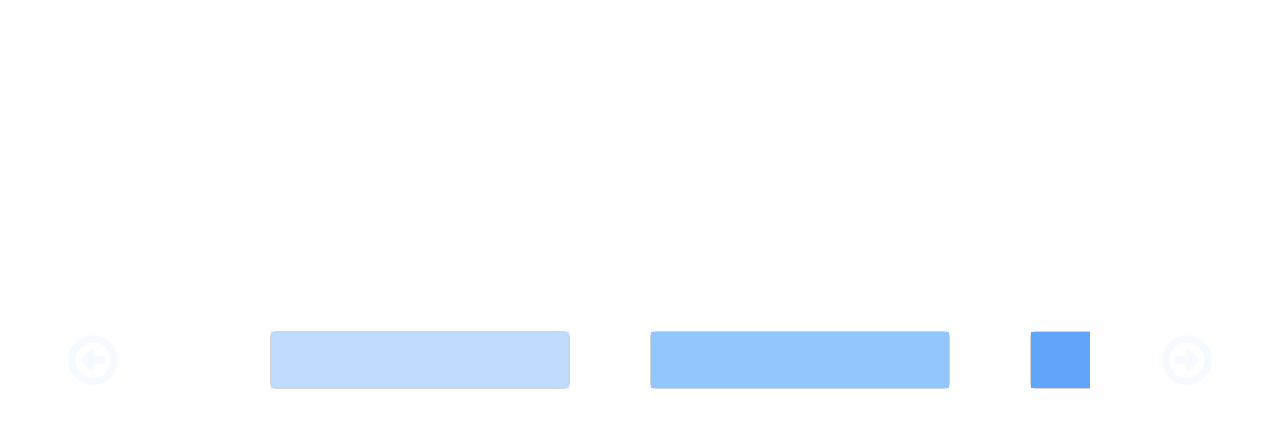
Repository: go23rishu/BagsWebsite
Page: bucketbagcarousel.html
An editor plug-in stored every save of this project. The page is shown before and after the next save, followed by the edit.
The browser window is 1280 px wide. The page is 1284 px wide, so the pictures cover 1284 px, including what lies to the right of the window. The pictures show the whole page.
Some web fonts or font styles are not loaded; a fallback is used. Some web libraries are served in a nearby version.

Above is the page before, as saved 2023-06-21 14:19:09.

### bucketbagcarousel.html
<!DOCTYPE html>
<html lang="en">

<head>
  <meta charset="UTF-8">
  <title>CodePen - Simple vanilla js carousel</title>
  <script src="https://cdn.tailwindcss.com"></script>
  <link rel="stylesheet" href="./bucketbagcarousel.css">
  <link rel="stylesheet" href="https://cdn.jsdelivr.net/npm/@fortawesome/fontawesome-free@6.2.1/css/fontawesome.min.css"
    integrity="sha384-QYIZto+st3yW+o8+5OHfT6S482Zsvz2WfOzpFSXMF9zqeLcFV0/wlZpMtyFcZALm" crossorigin="anonymous">
  <!-- Latest compiled and minified CSS -->
  <link href="https://cdn.jsdelivr.net/npm/bootstrap@5.2.3/dist/css/bootstrap.min.css" rel="stylesheet">
  <!-- Latest compiled JavaScript -->
  <script src="https://cdn.jsdelivr.net/npm/bootstrap@5.2.3/dist/js/bootstrap.bundle.min.js"></script>
  <link rel="stylesheet" href="https://cdnjs.cloudflare.com/ajax/libs/font-awesome/4.7.0/css/font-awesome.min.css">
  <link rel="preconnect" href="https://fonts.googleapis.com">
  <link rel="preconnect" href="https://fonts.gstatic.com" crossorigin>
  <link
    href="https://fonts.googleapis.com/css2?family=Italiana&family=Kumbh+Sans:wght@200;300;400;500;600;700;800;900&display=swap"
    rel="stylesheet">
  <link href="https://fonts.googleapis.com/css2?family=Italiana&display=swap" rel="stylesheet">
</head>

<body>
  <!-- partial:index.partial.html -->

  <div class="h-screen grid place-content-center carousel">

    <section class="flex">
      <div class="h-fit my-auto mx-2">
        <button id="prev">
          <i class="fa fa-arrow-circle-o-left" aria-hidden="true"></i> </button>
      </div>
      <div id="slider" class="w-[900px] flex overflow-hidden h-[300px]scroll-smooth">

        <div id="slider-container" class="flex">
          <article class="card w-[300px] ml-20">
            <div class="w-full h-full bg-blue-200"></div>
          </article>
          <article class="card w-[300px] ml-20">
            <div class="w-full h-full bg-blue-300"></div>
          </article>
          <article class="card w-[300px] ml-20">
            <div class="w-full h-full bg-blue-400"></div>
          </article>
          <article class="card w-[300px] ml-20">
            <div class="w-full h-full bg-blue-500"></div>
          </article>
          <article class="card w-[300px] ml-20">
            <div class="w-full h-full bg-blue-600"></div>
          </article>
          <article class="card w-[300px] ml-20">
            <div class="w-full h-full bg-blue-700"></div>
          </article>
          <article class="card w-[300px] ml-20">
            <div class="w-full h-full bg-blue-800"></div>
          </article>
          <article class="card w-[300px] ml-20">
            <div class="w-full h-full bg-blue-900 grid content-center text-center">
              <p class="text-3xl font-bold">JS is fun ! :D</p>
            </div>
          </article>
        </div>


      </div>
      <div class="h-fit my-auto mx-2">
        <button id="next"> <i class="fa fa-arrow-circle-o-right" aria-hidden="true"></i> </button>
      </div>
    </section>


    <style>
      .slider {
        scrollbar-width: none;
        /* Firefox */
        -ms-overflow-style: none;
        /* Internet Explorer 10+ */
      }

      /* WebKit */
      .slider::-webkit-scrollbar {
        width: 0;
        height: 0;
      }
    </style>





  </div>
  <!-- partial -->
  <script src="./bucketbagcarousel.js"></script>

</body>

</html>

### bucketbagcarousel.css
.carousel {
  background-color: white;
}
#prev i,
#next i {
  font-size: 58px;
  color: rgba(240, 248, 255, 0.749);
  font-weight: 200;
  padding: 0vh 5vw;
}
.card {
  background-color: none !important;
  font-family: "Kumbh Sans", sans-serif;
}
.carousel h1 {
  color: white;
  font-size: 25px;
  margin-top: 10px;
  font-weight: 600;
}
.carousel p {
  font-size: 16px;
  /* width: 100px; */
  color: rgba(255, 255, 255, 0.449);
  margin-top: 10px;
  width: 300px;
  margin-left: 20%;
}
.carousel label {
  font-size: 22px;
  color: whitesmoke;
  font-weight: 600;
}
.carousel .add-to-cart-carousel {
  background-color: orange;
  color: white;
  font-size: 14px;
  padding: 5px 5px;
  width: 120px;
  border: none;
  border-radius: 5px;
  margin-left: 38%;
  margin-top: 15px;
}

### bucketbagcarousel.js
const slidesContainer = document.querySelector('#slider')
const cards = document.querySelectorAll(".card");
const cardWidth = document.querySelector(".card").clientWidth
const prevButton = document.getElementById("prev");
const nextButton = document.getElementById("next");

let currentCard = 0

nextButton.addEventListener("click", (event) => {
  if(currentCard < cards.length - 1){
     currentCard += 1
  }else{
    currentCard = 0
  }

  slidesContainer.scrollLeft = cardWidth * currentCard
});

prevButton.addEventListener("click", (event) => {
   if(currentCard > 0){
     currentCard -= 1
   }else{
     currentCard = cards.length - 1
   }

  slidesContainer.scrollLeft = cardWidth * currentCard
});

After the next save:
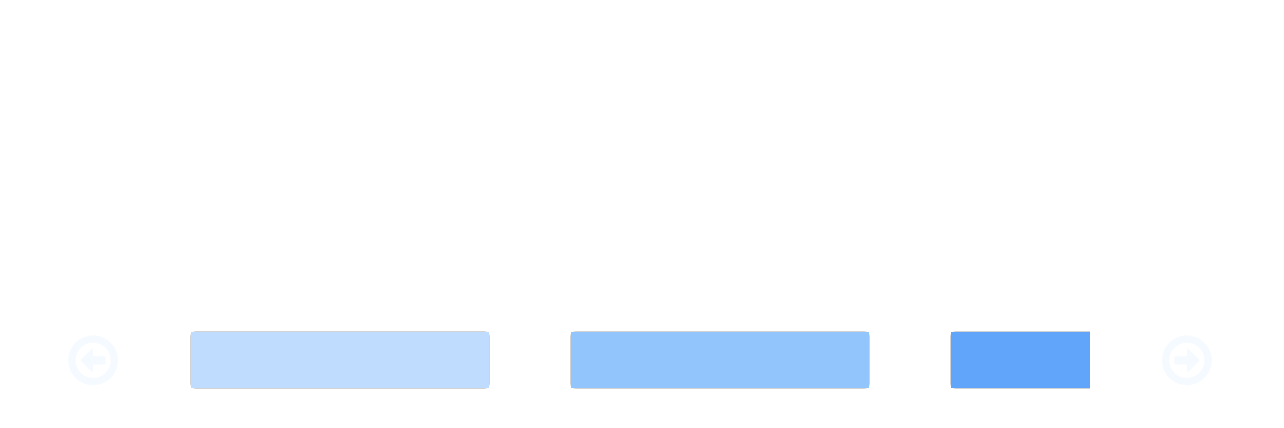
Saved 16 s later.
--- a/bucketbagcarousel.html
+++ b/bucketbagcarousel.html
@@ -34,7 +34,7 @@
       <div id="slider" class="w-[900px] flex overflow-hidden h-[300px]scroll-smooth">
 
         <div id="slider-container" class="flex">
-          <article class="card w-[300px] ml-20">
+          <article class="card w-[300px]">
             <div class="w-full h-full bg-blue-200"></div>
           </article>
           <article class="card w-[300px] ml-20">
